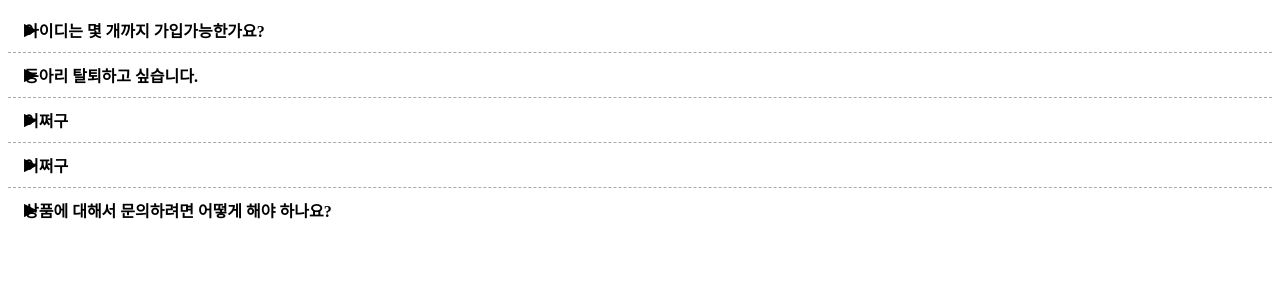
Repository: hyodii/FinalProject
Page: http://localhost/ViewPage/faqList.jsp
The author's editor kept a copy of each file at every save. The page is drawn from the files as they stood at one save, then again after the next save.
The browser window is 1280 px wide. The pictures show the whole page.
The page is served by Tomcat 9.

Above is the page before, as saved 2021-12-14 06:58:26.

After the next save:
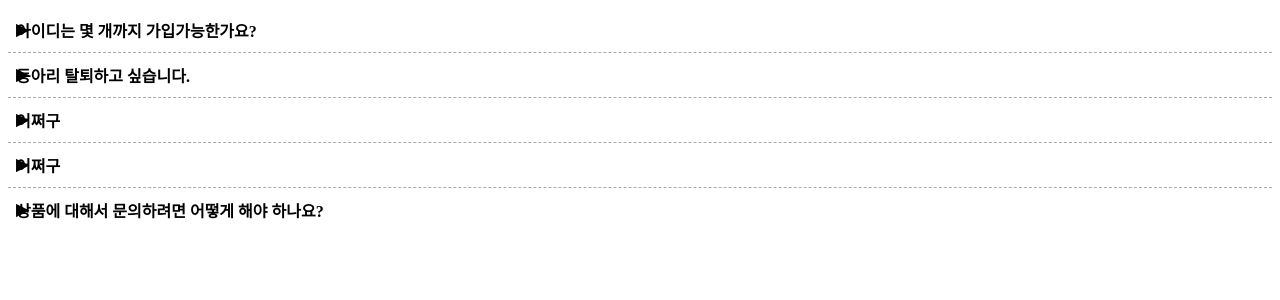
Saved 12 s later.
--- a/ViewPage/WebContent/faqList.jsp
+++ b/ViewPage/WebContent/faqList.jsp
@@ -43,7 +43,7 @@
   width: 0;
   height: 0;
   /* border: 8px solid transparent; */
-  border-left: 8px solid #a00;
+  /* border-left: 8px solid #a00; */
   margin: 2px 0 0 8px;
   float: left;
 }

After the save that followed:
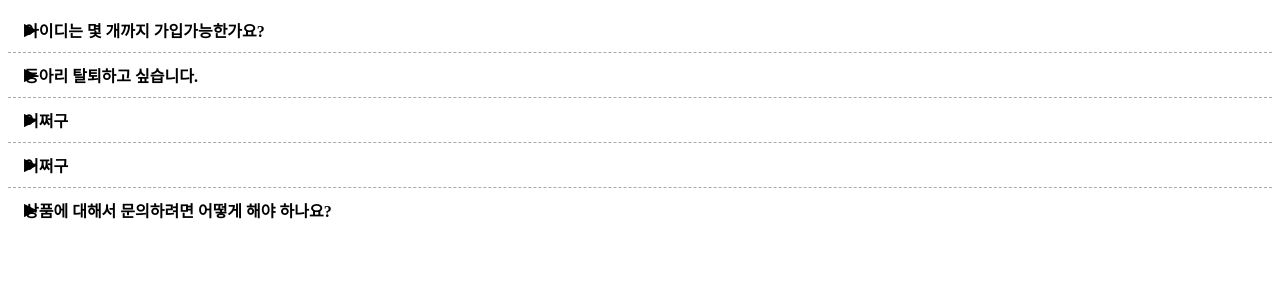
Saved 5 s later.
--- a/ViewPage/WebContent/faqList.jsp
+++ b/ViewPage/WebContent/faqList.jsp
@@ -43,7 +43,7 @@
   width: 0;
   height: 0;
   /* border: 8px solid transparent; */
-  /* border-left: 8px solid #a00; */
+  border-left: 8px solid #a00;
   margin: 2px 0 0 8px;
   float: left;
 }
